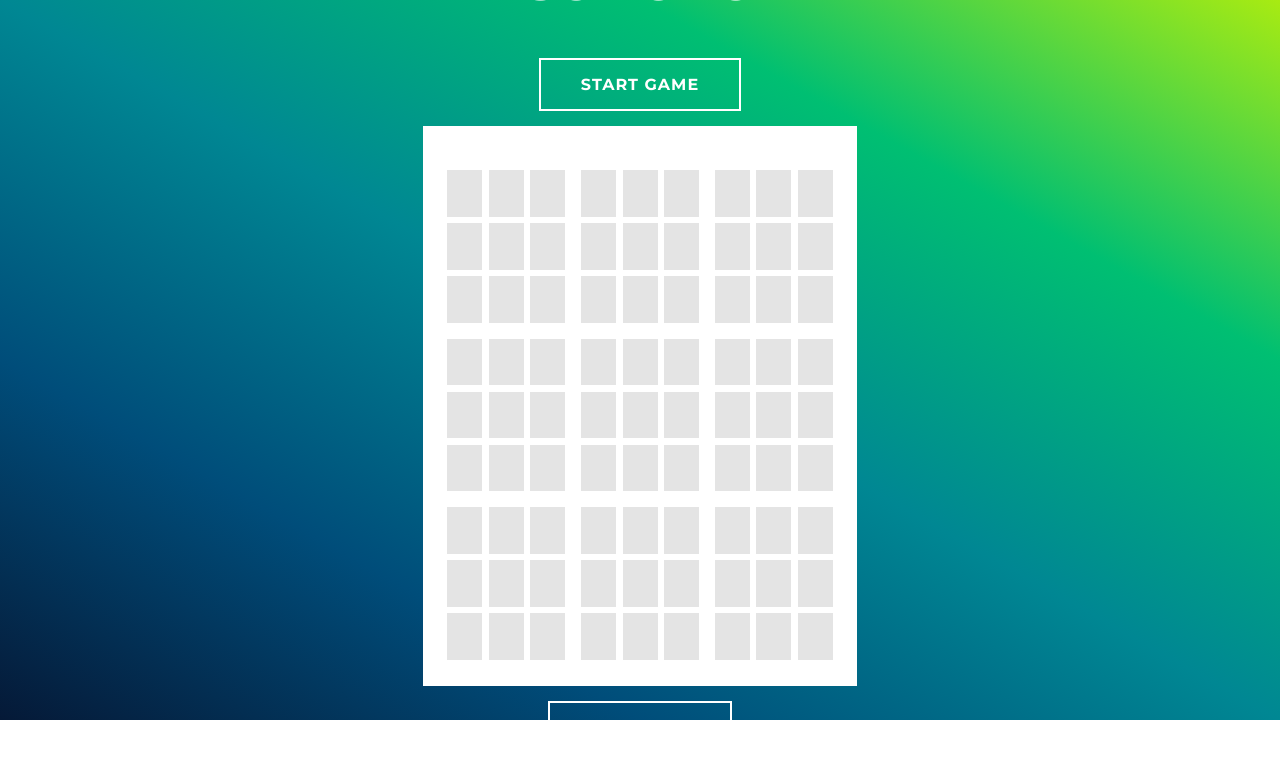
Repository: pattypetrikova/sudoku
Page: index.html
These files come from the project's save history. The page is drawn as it stood at one moment and after the next save; the edit follows.
The browser window is 1280 px wide. The pictures show the whole page.
Some web fonts or font styles are not loaded; a fallback is used.

Above is the page before, as saved 2022-12-30 12:16:16.

### index.html
<!DOCTYPE html>
<html lang="en">
<head>
    <meta charset="UTF-8">
    <meta http-equiv="X-UA-Compatible" content="IE=edge">
    <meta name="viewport" content="width=device-width, initial-scale=1.0">
    <link rel="stylesheet" href="./assets/style.css">
    <link rel="preconnect" href="https://fonts.googleapis.com">
    <link rel="preconnect" href="https://fonts.gstatic.com" crossorigin>
    <link href="https://fonts.googleapis.com/css2?family=Erica+One&family=Montserrat:ital,wght@0,700;1,400&display=swap" rel="stylesheet">
    <title>Sudoku</title>
</head>
<body>
    <main class="background">
        <h1 class="title">Sudoku</h1>
        <button class="button button-1 start">Start game</button>
        <div class="game">
            <div class="head">
                <div class="buttons">
                    <div class="time-couner">Time counter</div>
                </div>
            </div>
            <div class="gameboard">
                <form class="board-section" action="">
                    <input class="number" type="text">
                    <input class="number" type="text">
                    <input class="number" type="text">
                    <input class="number" type="text">
                    <input class="number" type="text">
                    <input class="number" type="text">
                    <input class="number" type="text">
                    <input class="number" type="text">
                    <input class="number" type="text">
                </form>
                <form class="board-section" action="">
                    <input class="number" type="text">
                    <input class="number" type="text">
                    <input class="number" type="text">
                    <input class="number" type="text">
                    <input class="number" type="text">
                    <input class="number" type="text">
                    <input class="number" type="text">
                    <input class="number" type="text">
                    <input class="number" type="text">
                </form>
                <form class="board-section" action="">
                    <input class="number" type="text">
                    <input class="number" type="text">
                    <input class="number" type="text">
                    <input class="number" type="text">
                    <input class="number" type="text">
                    <input class="number" type="text">
                    <input class="number" type="text">
                    <input class="number" type="text">
                    <input class="number" type="text">
                </form>
                <form class="board-section" action="">
                    <input class="number" type="text">
                    <input class="number" type="text">
                    <input class="number" type="text">
                    <input class="number" type="text">
                    <input class="number" type="text">
                    <input class="number" type="text">
                    <input class="number" type="text">
                    <input class="number" type="text">
                    <input class="number" type="text">
                </form>
                <form class="board-section" action="">
                    <input class="number" type="text">
                    <input class="number" type="text">
                    <input class="number" type="text">
                    <input class="number" type="text">
                    <input class="number" type="text">
                    <input class="number" type="text">
                    <input class="number" type="text">
                    <input class="number" type="text">
                    <input class="number" type="text">
                </form>
                <form class="board-section" action="">
                    <input class="number" type="text">
                    <input class="number" type="text">
                    <input class="number" type="text">
                    <input class="number" type="text">
                    <input class="number" type="text">
                    <input class="number" type="text">
                    <input class="number" type="text">
                    <input class="number" type="text">
                    <input class="number" type="text">
                </form>
                <form class="board-section" action="">
                    <input class="number" type="text">
                    <input class="number" type="text">
                    <input class="number" type="text">
                    <input class="number" type="text">
                    <input class="number" type="text">
                    <input class="number" type="text">
                    <input class="number" type="text">
                    <input class="number" type="text">
                    <input class="number" type="text">
                </form>
                <form class="board-section" action="">
                    <input class="number" type="text">
                    <input class="number" type="text">
                    <input class="number" type="text">
                    <input class="number" type="text">
                    <input class="number" type="text">
                    <input class="number" type="text">
                    <input class="number" type="text">
                    <input class="number" type="text">
                    <input class="number" type="text">
                </form>
                <form class="board-section" action="">
                    <input class="number" type="text">
                    <input class="number" type="text">
                    <input class="number" type="text">
                    <input class="number" type="text">
                    <input class="number" type="text">
                    <input class="number" type="text">
                    <input class="number" type="text">
                    <input class="number" type="text">
                    <input class="number" type="text">
                </form>
            </div>
        </div>
        <div class="footer">
            <div class="footer-buttons">
                <button class="button button-1 finish">Complete</button>
            </div>
        </div>
    </main>
</body>
</html>

### assets/style.css
/* simple reset */
* {
    margin: 0;
    padding: 0;
    box-sizing: border-box;
}

/* general styles */
.background {
    font-family: 'Montserrat', sans-serif;
    color: white;
}

/* project styles */

.background {
    background-image: linear-gradient(to right top, #051937, #004d7a, #008793, #00bf72, #a8eb12);
    height: 100vh;
    display: flex;
    align-items: center;
    justify-content: center;
    flex-direction: column;
}


.game {
    background-color: white;
    min-height: 35em;
    display: flex;
    justify-content: center;
    flex-direction: column;
}

.title {
    font-size: 50px;
    color: white;
    text-transform: uppercase;
    padding-bottom: 30px;
}

.gameboard {
    display: grid;
    padding: 1.5em;
    grid-template-columns: 1fr 1fr 1fr;
    gap: 1em;
}

.board-section {
    display: inline-grid;
    grid-template-columns: 1fr 1fr 1fr;
    justify-items: center;
    gap: .4em;
    max-width: 120px;
}

.number {
    width: 35px;
    height: 3.5em;
    background-color: lightgray;
    outline: none;
    border: none;
    /* border-radius: 8px; */
    opacity: 0.6;
}

.button {
    border: none;
    font-family: inherit;
    font-size: inherit;
    color: black;
    background: none;
    cursor: pointer;
    padding: 15px 40px;
    display: inline-block;
    margin: 15px 30px;
    text-transform: uppercase;
    letter-spacing: 1px;
    font-weight: 700;
    outline: none;
    position: relative;
    -webkit-transition: all 0.3s;
    -moz-transition: all 0.3s;
    transition: all 0.3s;
  }

  .button:after {
    content: '';
    position: absolute;
    z-index: -1;
    -webkit-transition: all 0.3s;
    -moz-transition: all 0.3s;
    transition: all 0.3s;
  }

  /* Button 1 */
  .button-1 {
    border: 2px solid #fff;
    color: #fff;
  }

  /* Button 1a */
  .button-1:hover,
  .button-1:active {
    color: #0e83cd;
    background: #fff;
  }

After the next save:
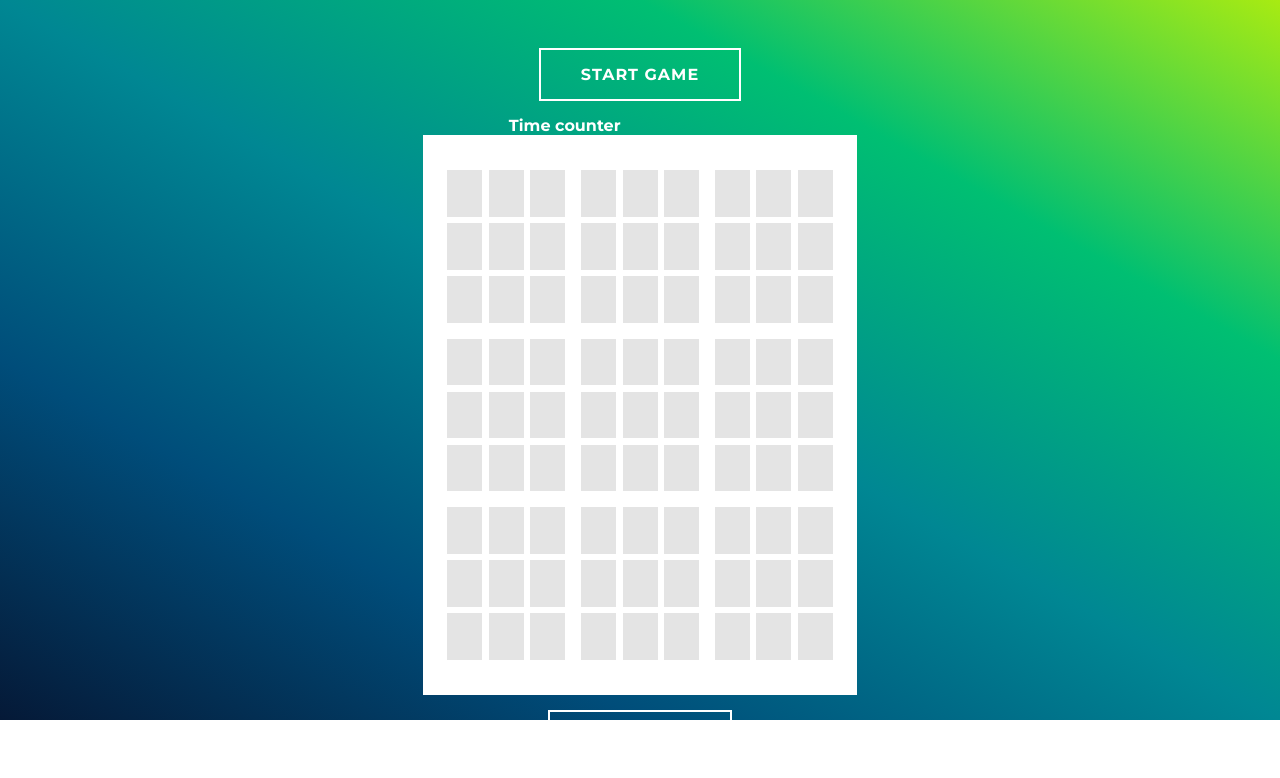
Saved 45 s later.
--- a/index.html
+++ b/index.html
@@ -13,13 +13,13 @@
 <body>
     <main class="background">
         <h1 class="title">Sudoku</h1>
-        <button class="button button-1 start">Start game</button>
+        <div class="head">
+            <div class="buttons">
+                <button class="button button-1 start">Start game</button>
+                <div class="time-couner">Time counter</div>
+            </div>
+        </div>
         <div class="game">
-            <div class="head">
-                <div class="buttons">
-                    <div class="time-couner">Time counter</div>
-                </div>
-            </div>
             <div class="gameboard">
                 <form class="board-section" action="">
                     <input class="number" type="text">
